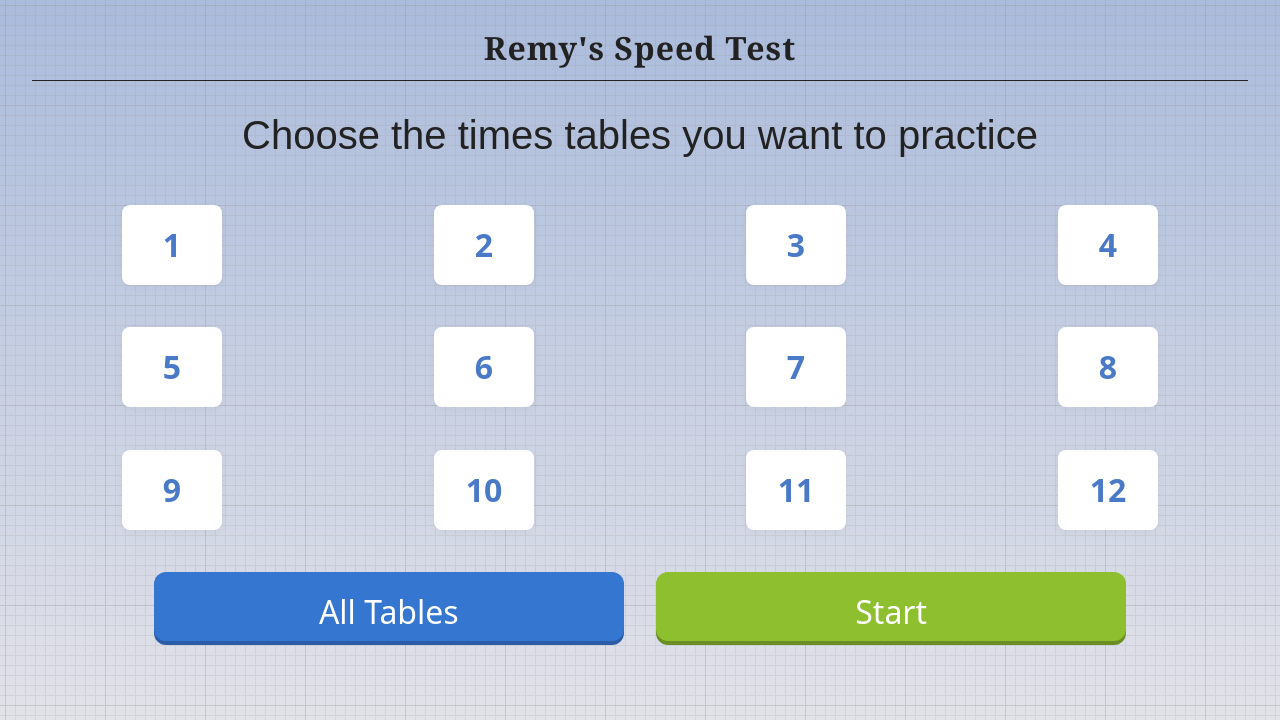
Repository: Chinurum-Omenuko/remys-speed-test
Page: / (app in app/)
The author's editor kept a copy of each file at every save. The page is drawn from the files as they stood at one save, then again after a run of saves.
The browser window is 1280 px wide. The pictures show the whole page.
The project was rebuilt for these pictures with package versions that can differ from the ones it lists, and the page was loaded fresh each time. The framework's server and built-in components were replaced by stand-ins that run in the browser. Also part of the build but not shown: app/svelte.config.js, app/vite.config.ts.

Above is the page before, as saved 2025-11-17 21:12:24.

After the next 2 saves:
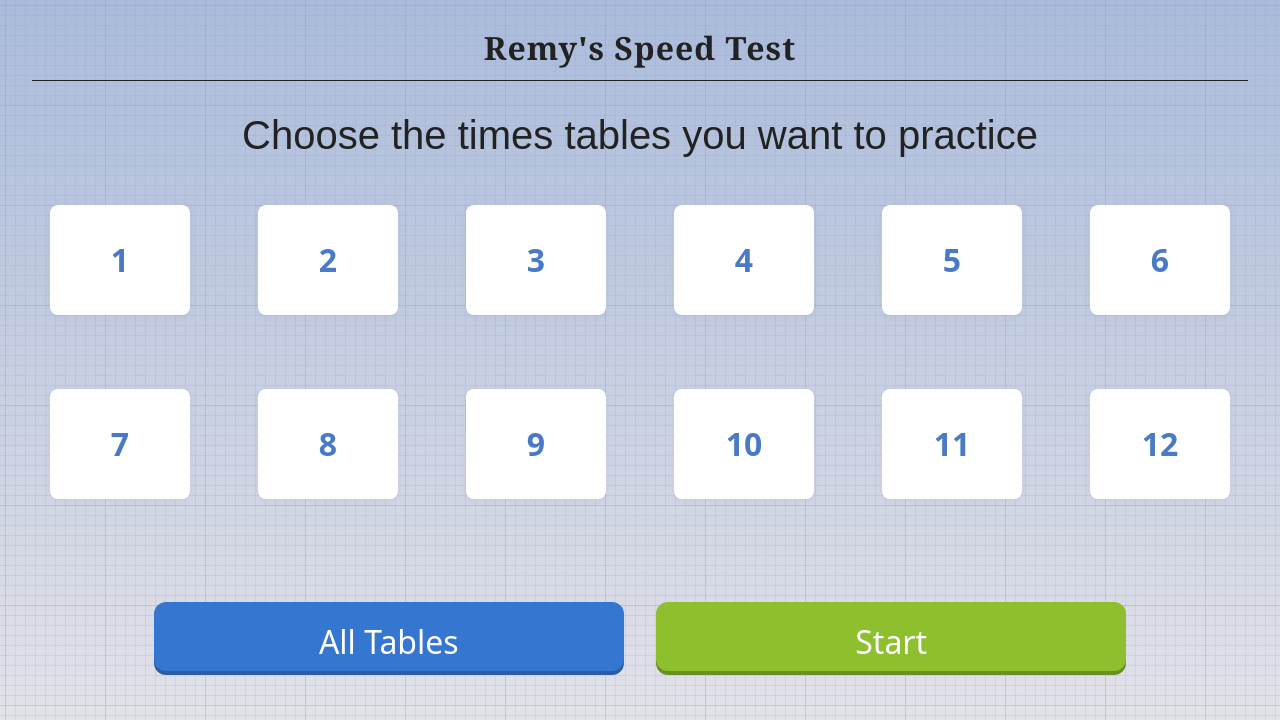
The 2 saves are shown as one change because they came seconds apart.
The last was saved 20 s later.
--- a/app/src/routes/+page.svelte
+++ b/app/src/routes/+page.svelte
@@ -251,9 +251,9 @@
 	}
 
 	/* 1024px: tablet landscape / small laptop */
-	/* @media (min-width: 1024px) {
-		.tables-grid {
-			grid-template-columns: repeat(4, 1fr);
+	@media (min-width: 1024px) {
+		.tables-grid {
+			grid-template-columns: repeat(6, 1fr);
 		}
 		.table-btn {
 			width: 140px;
@@ -265,7 +265,7 @@
 			align-items: center;
 			gap: 1rem;
 		}
-	} */
+	}
 
 	/* @media (min-width: 1200px) and (max-height: 700px) {
 
